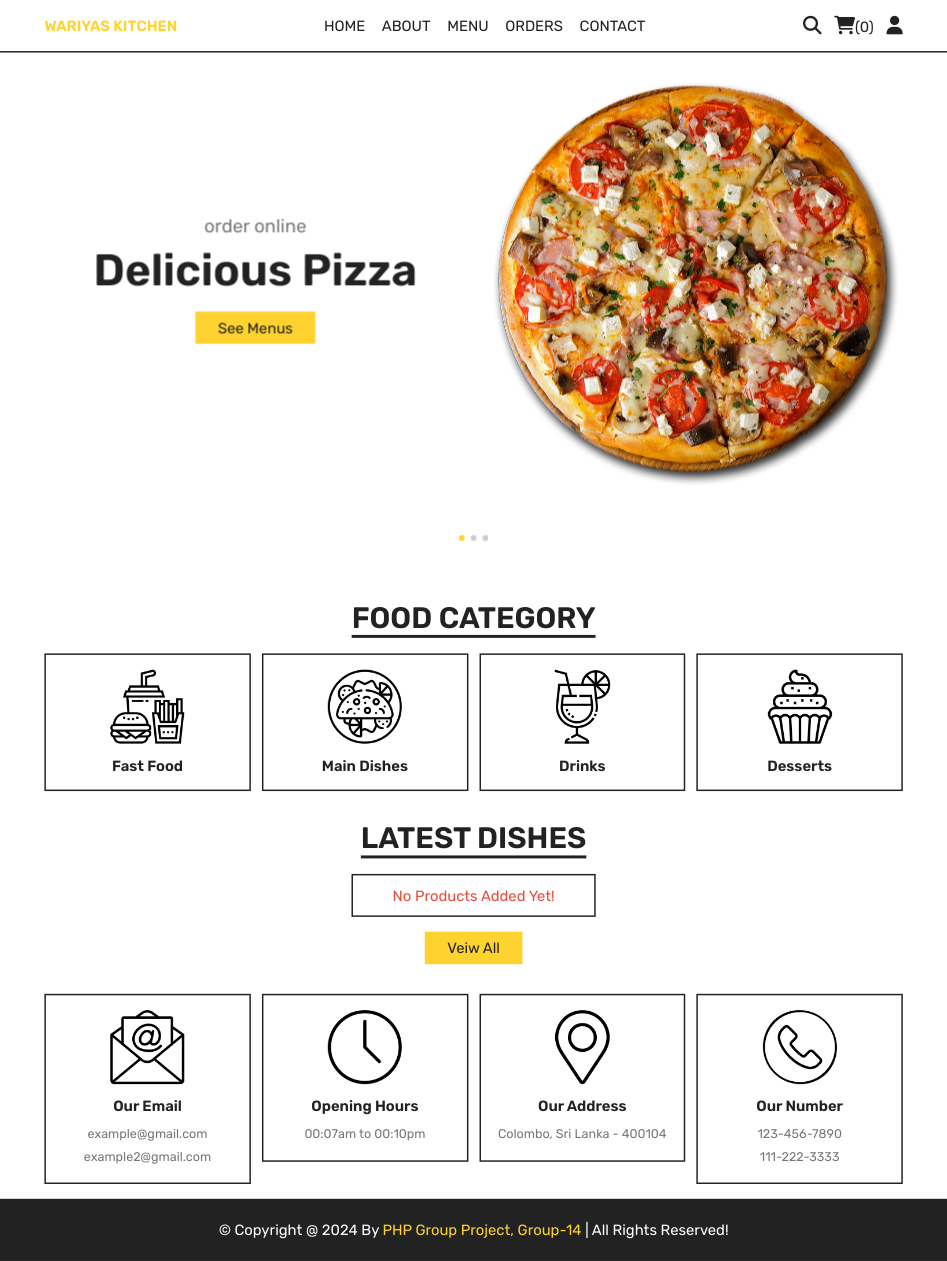
Repository: navodniwarshana/food_order_site
Page: http://localhost/home.php
The author's editor kept a copy of each file at every save. The page is drawn from the files as they stood at one save, then again after the next save.
The browser window is 1280 px wide. The pictures show the whole page, at 74% of full size.
Some web libraries are served in a nearby version. The page is run by PHP 8.4 with error messages shown; the project is at /var/www/html/. Queries for data that is not in the repository find no rows.

Above is the page before, as saved 2024-09-27 18:34:13.
Console error: TypeError: Cannot read properties of null (reading 'style')

After the next save:
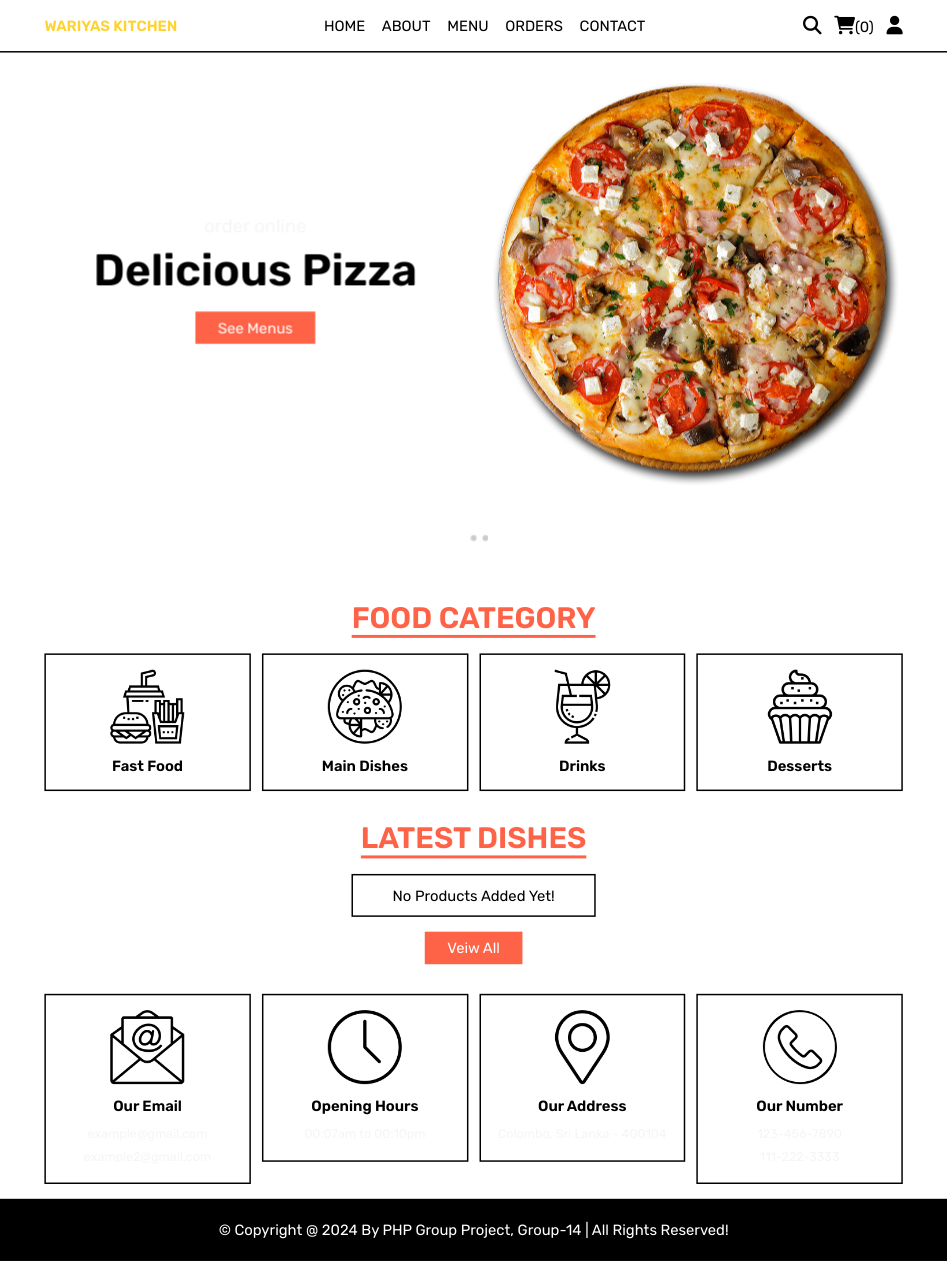
Saved 54 s later.
--- a/css/style.css
+++ b/css/style.css
@@ -1,11 +1,13 @@
 @import url("https://fonts.googleapis.com/css2?family=Rubik:wght@300;400;500;600&display=swap");
 
 :root {
-  --yellow: #fed330;
-  --red: #e74c3c;
+  --primary-color: #ff6347;
+  --secondary-color: #4682b4;
+  --accent-color: #20b2aa;
   --white: #fff;
-  --black: #222;
-  --light-color: #777;
+  --black: #000;
+  --light-color: #f5f5f5;
+  --dark-color: #333;
   --border: 0.2rem solid var(--black);
 }
 
@@ -20,8 +22,8 @@
 }
 
 *::selection {
-  background-color: var(--yellow);
-  color: var(--black);
+  background-color: var(--primary-color);
+  color: var(--white);
 }
 
 ::-webkit-scrollbar {
@@ -34,7 +36,7 @@
 }
 
 ::-webkit-scrollbar-thumb {
-  background-color: var(--yellow);
+  background-color: var(--primary-color);
 }
 
 html {
@@ -54,7 +56,7 @@ section {
   text-align: center;
   margin-bottom: 2.5rem;
   font-size: 4rem;
-  color: var(--black);
+  color: var(--primary-color);
   text-transform: uppercase;
   text-decoration: underline;
   text-underline-offset: 1rem;
@@ -66,7 +68,7 @@ section {
   justify-content: center;
   gap: 1rem;
   flex-flow: column;
-  background-color: var(--black);
+  background-color: var(--primary-color);
   min-height: 20rem;
 }
 
@@ -82,7 +84,7 @@ section {
 }
 
 .heading p a {
-  color: var(--yellow);
+  color: var(--accent-color);
 }
 
 .heading p a:hover {
@@ -102,12 +104,12 @@ section {
 }
 
 .btn {
-  background-color: var(--yellow);
-  color: var(--black);
+  background-color: var(--primary-color);
+  color: var(--white);
 }
 
 .delete-btn {
-  background-color: var(--red);
+  background-color: var(--secondary-color);
   color: var(--white);
 }
 
